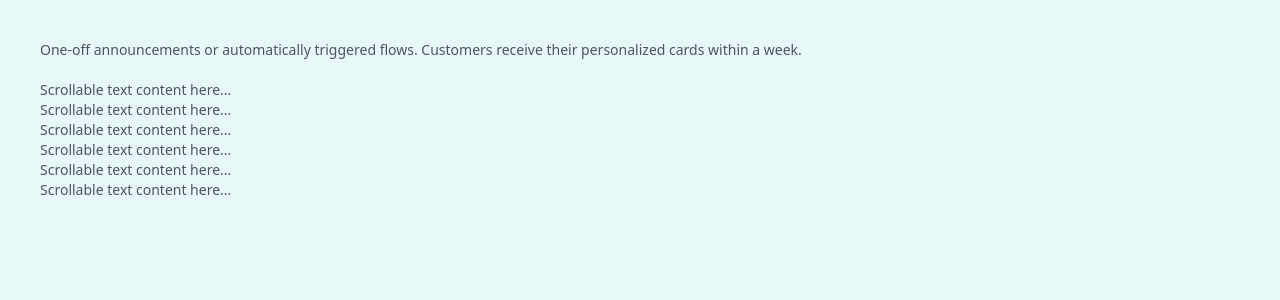
Repository: trusha97/postpilot
Page: scroll.html
An editor plug-in stored every save of this project. The page is shown before and after a run of saves, followed by the edit.
The browser window is 1280 px wide. The pictures show the whole page.
Some web libraries are served in a nearby version.

Above is the page before, as saved 2025-05-19 10:29:12.

### scroll.html
<!DOCTYPE html>
<html lang="en">
<head>
  <meta charset="UTF-8" />
  <meta name="viewport" content="width=device-width, initial-scale=1.0"/>
  <title>Custom Left Scroll</title>
  <script src="https://cdn.tailwindcss.com"></script>
  <style>
    /* Left side custom scrollbar */
    .left-scroll::-webkit-scrollbar {
      width: 6px;
    }

    .left-scroll::-webkit-scrollbar-track {
      background: #A0CDCD;
    }

    .left-scroll::-webkit-scrollbar-thumb {
      background-color: #2E2F35;
      border-radius: 10px;
    }

    .left-scroll {
      direction: rtl;
    }

    .left-scroll > * {
      direction: ltr;
    }
  </style>
</head>
<body class="bg-[#e8f8f8] p-10">

  <div class="flex space-x-4 h-40">
    <div class="overflow-y-auto h-full flex w-full left-scroll ">
      <div class="text-sm text-gray-600 pr-2 w-full">
        One-off announcements or automatically triggered flows. Customers receive their personalized cards within a week.
        <br /><br />
        Scrollable text content here... <br />
        Scrollable text content here... <br />
        Scrollable text content here... <br />
        Scrollable text content here... <br />
        Scrollable text content here... <br />
        Scrollable text content here... <br />
        Scrollable text content here... <br />
        Scrollable text content here... <br />
        Scrollable text content here... <br />
        Scrollable text content here... <br />
        Scrollable text content here... <br />
        Scrollable text content here... <br />
        Scrollable text content here... <br />
        Scrollable text content here... <br />
        Scrollable text content here... <br />
        Scrollable text content here... <br />
        Scrollable text content here... <br />
      </div>

    </div>
  </div>

</body>
</html>

After the next 2 saves:
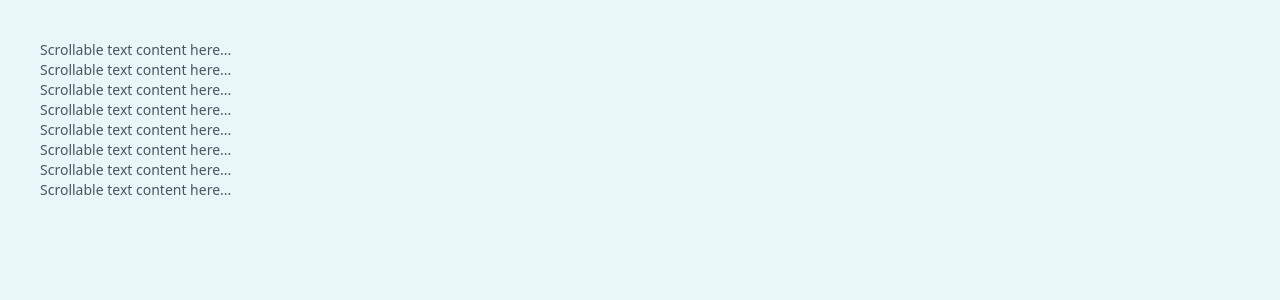
The 2 saves are shown as one change because they came seconds apart.
The last was saved 23 s later.
--- a/scroll.html
+++ b/scroll.html
@@ -34,8 +34,6 @@
   <div class="flex space-x-4 h-40">
     <div class="overflow-y-auto h-full flex w-full left-scroll ">
       <div class="text-sm text-gray-600 pr-2 w-full">
-        One-off announcements or automatically triggered flows. Customers receive their personalized cards within a week.
-        <br /><br />
         Scrollable text content here... <br />
         Scrollable text content here... <br />
         Scrollable text content here... <br />
